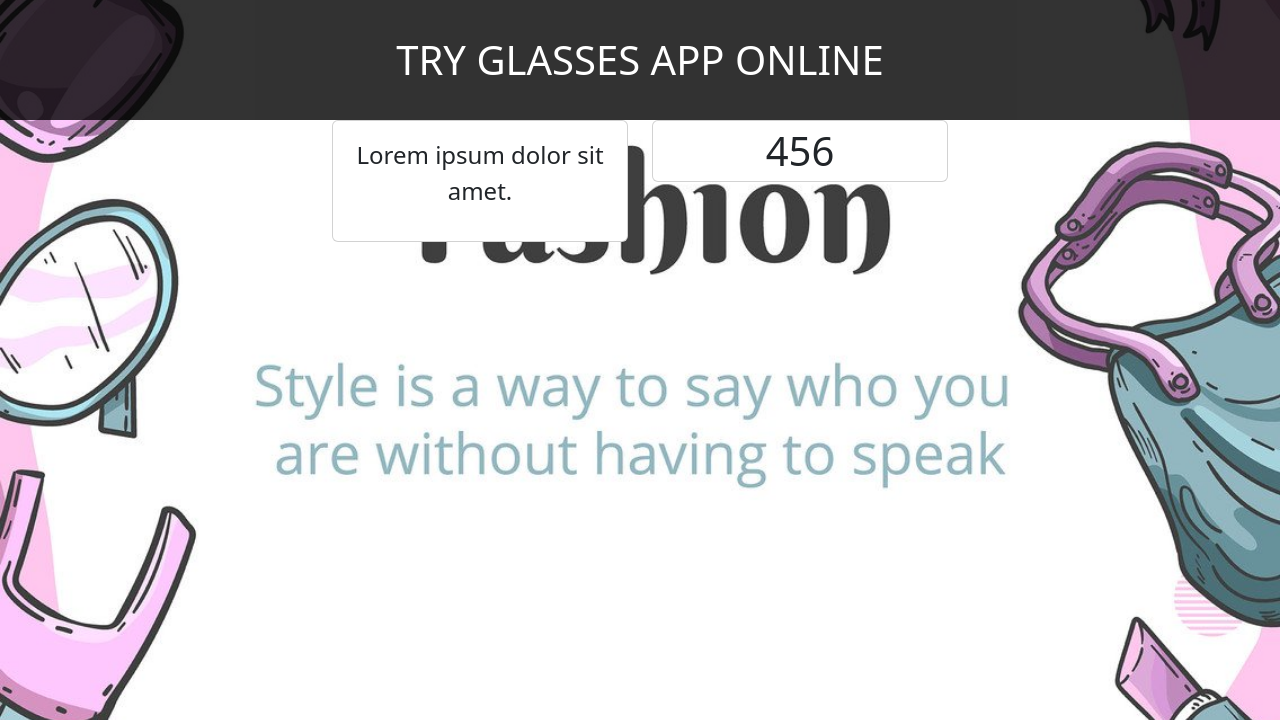
Repository: akira17518/React_JS_Glasses
Page: /
An editor plug-in stored every save of this project. The page is shown before and after the next save, followed by the edit.
The browser window is 1280 px wide. The pictures show the whole page.
The project was rebuilt for these pictures with package versions that can differ from the ones it lists, and the page was loaded fresh each time.

Above is the page before, as saved 2023-05-10 10:16:54.

After the next save:
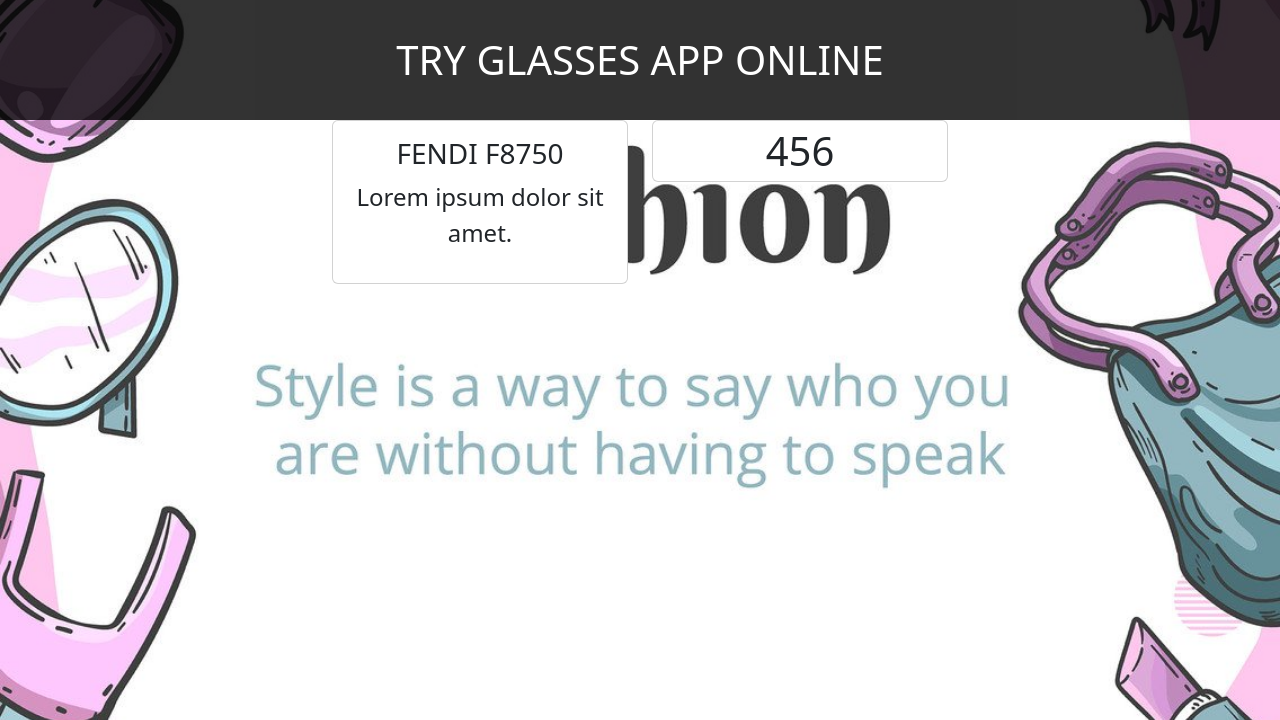
Saved 26 s later.
--- a/src/BTsetState/Content.jsx
+++ b/src/BTsetState/Content.jsx
@@ -10,6 +10,7 @@
               <div className='card-left card'>
                 <img src="" alt="" />
                 <div className="card-body fs-4">
+                  <h3>FENDI F8750</h3>
                   <p>Lorem ipsum dolor sit amet.</p>
                 </div>
               </div>
